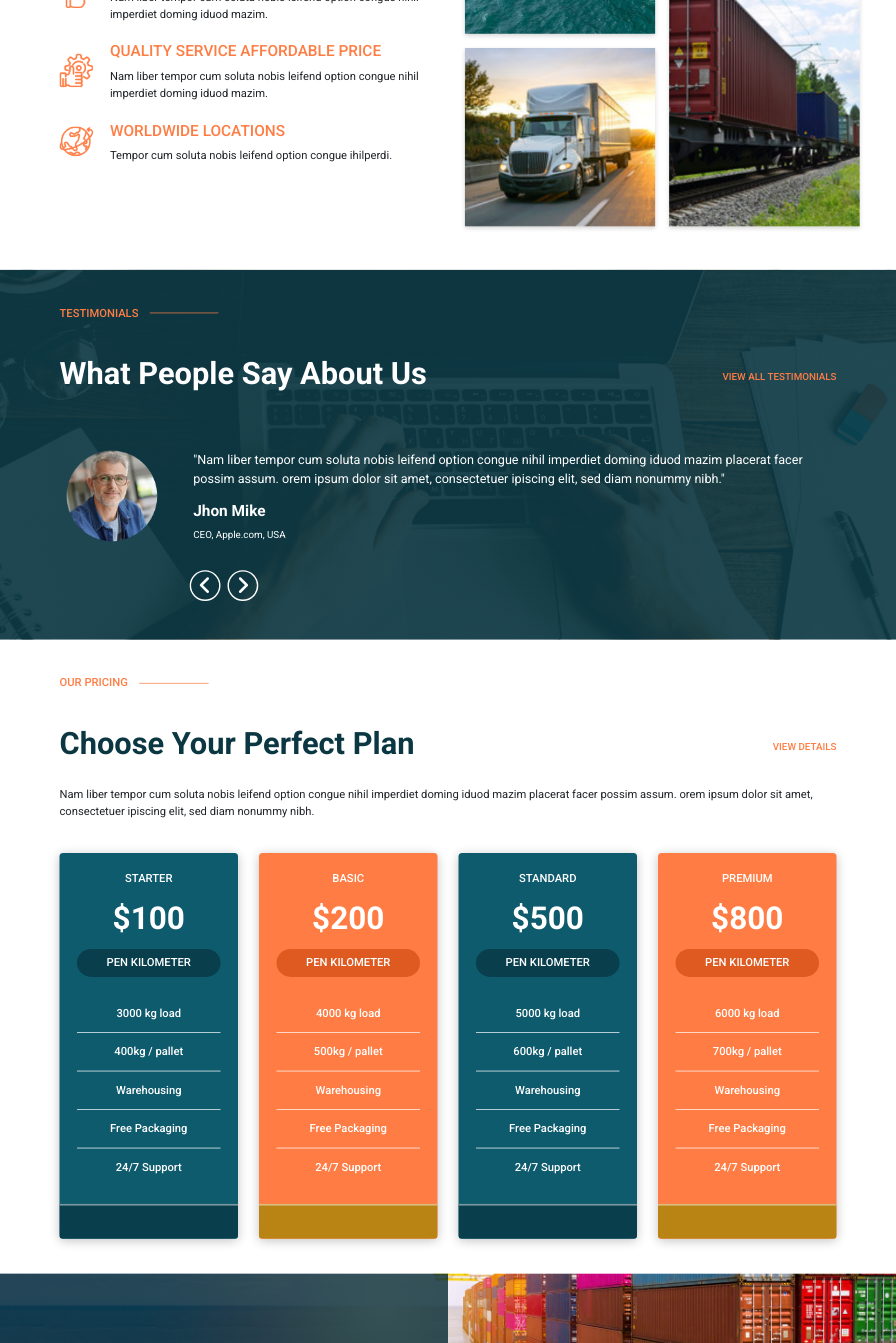
Repository: nazmulalok/shipping-theme
Page: index.html
An editor plug-in stored every save of this project. The page is shown before and after the next save, followed by the edit.
The browser window is 1280 px wide. The pictures show the part of the page from y = 2822 to 4742 px (the page is 4741 px tall before and 4742 px after), at 70% of full size.
Some web libraries are served in a nearby version.

Above is the page before, as saved 2022-10-09 16:26:32.

After the next save:
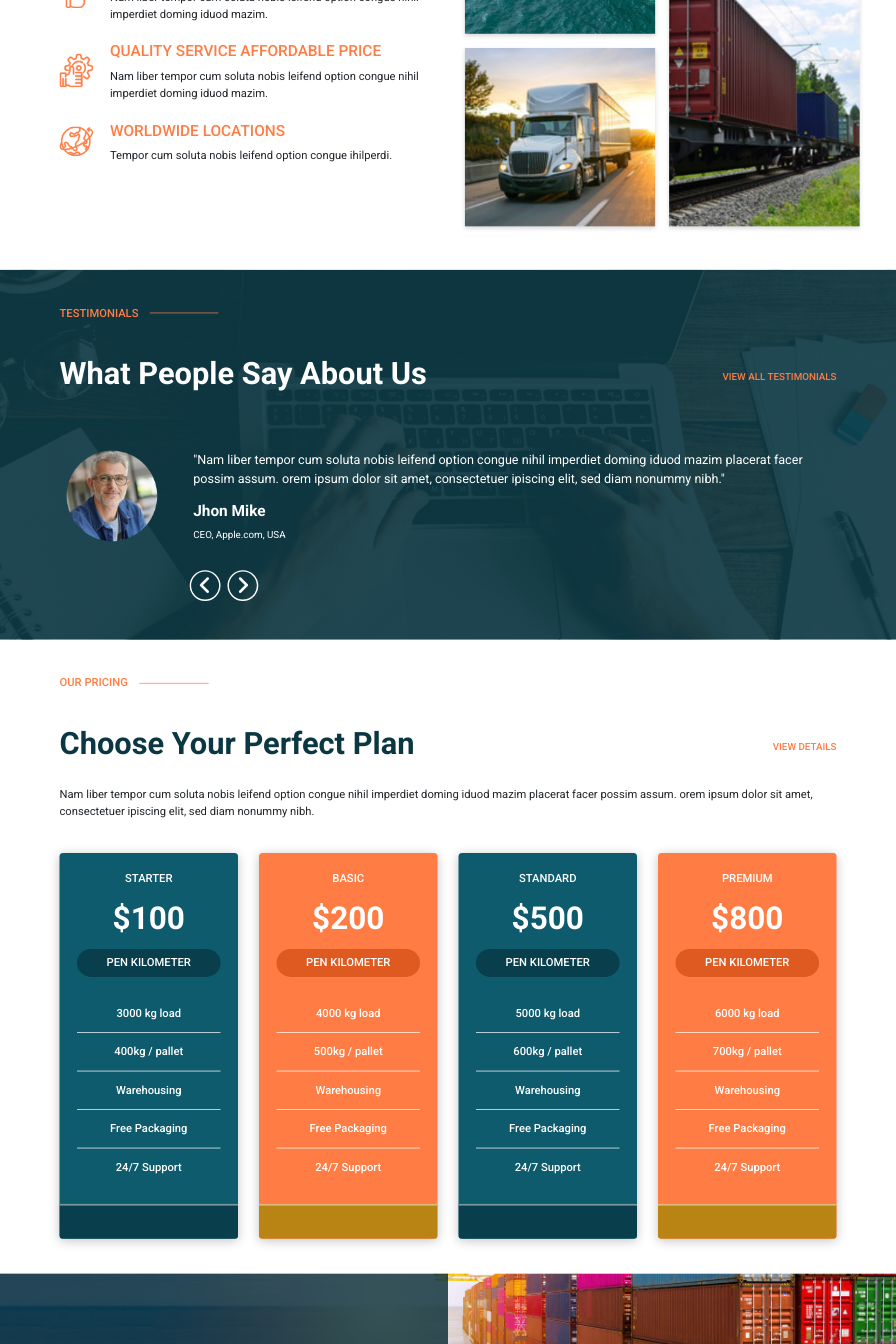
Saved 10 s later.
--- a/index.html
+++ b/index.html
@@ -438,6 +438,9 @@
             <div class="container">
                 <div class="row">
 
+                    <div class="col-lg-6">
+
+                    </div>
                 </div>
             </div>
         </div>
